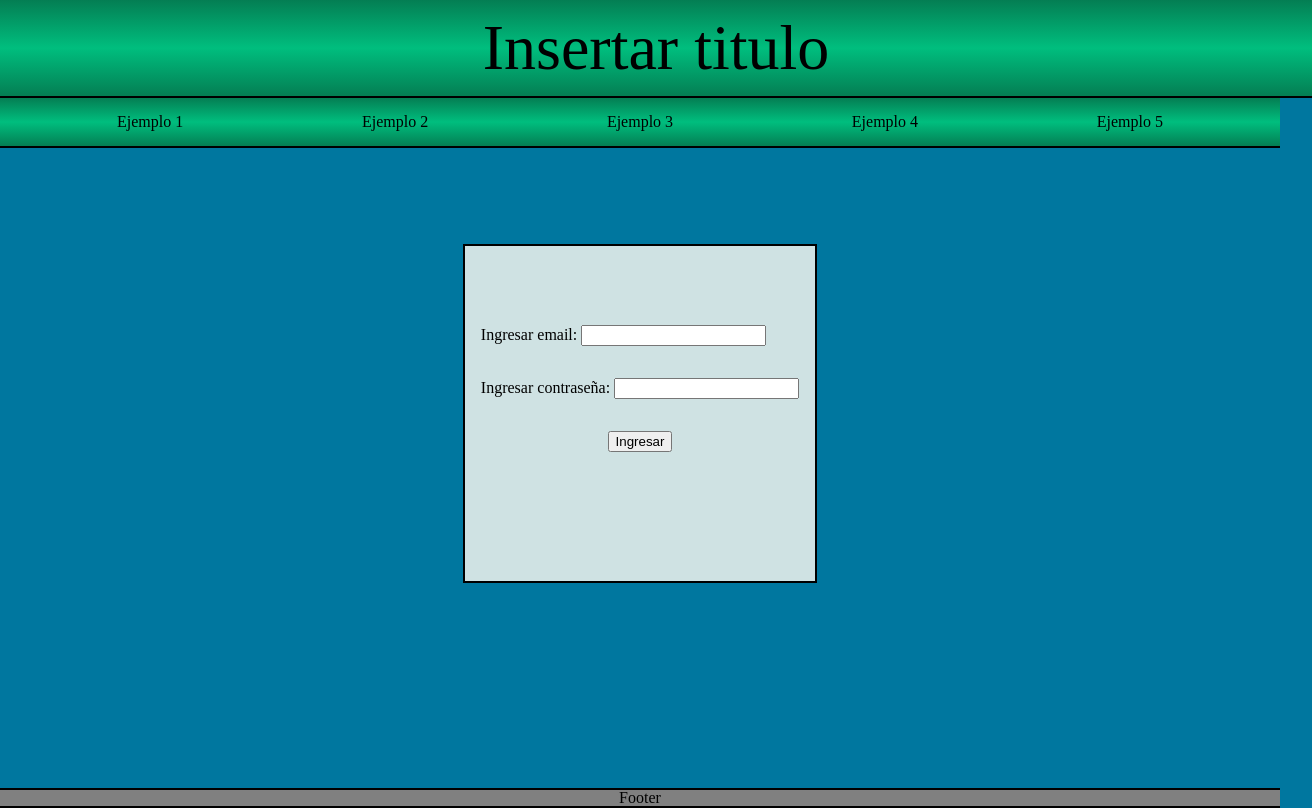
Repository: FacundoKinderknecht/Parcial-2-LPPA
Page: login/login.html
An editor plug-in stored every save of this project. The page is shown before and after the next save, followed by the edit.
The browser window is 1280 px wide. The page is 1312 px wide, so the pictures cover 1312 px, including what lies to the right of the window. The pictures show the whole page.

Above is the page before, as saved 2022-07-06 10:46:38.

After the next save:
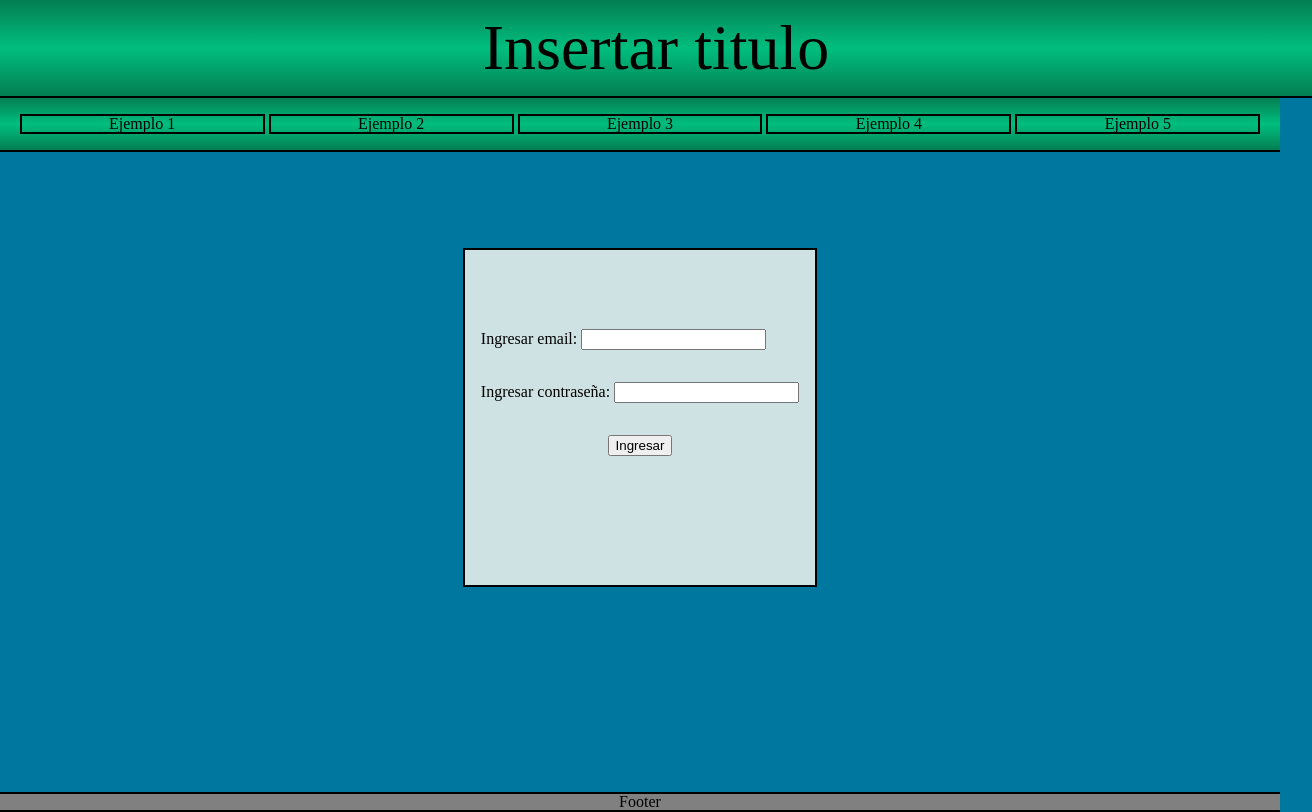
Saved 5 s later.
--- a/login/login.css
+++ b/login/login.css
@@ -22,7 +22,7 @@
     text-decoration: none;
     color: black;
     padding: 0% 7%;
-    border: 0px 2px solid black;
+    border: 2px solid black;
 }
 body{
     background-color: rgb(0, 119, 159);

After the save that followed:
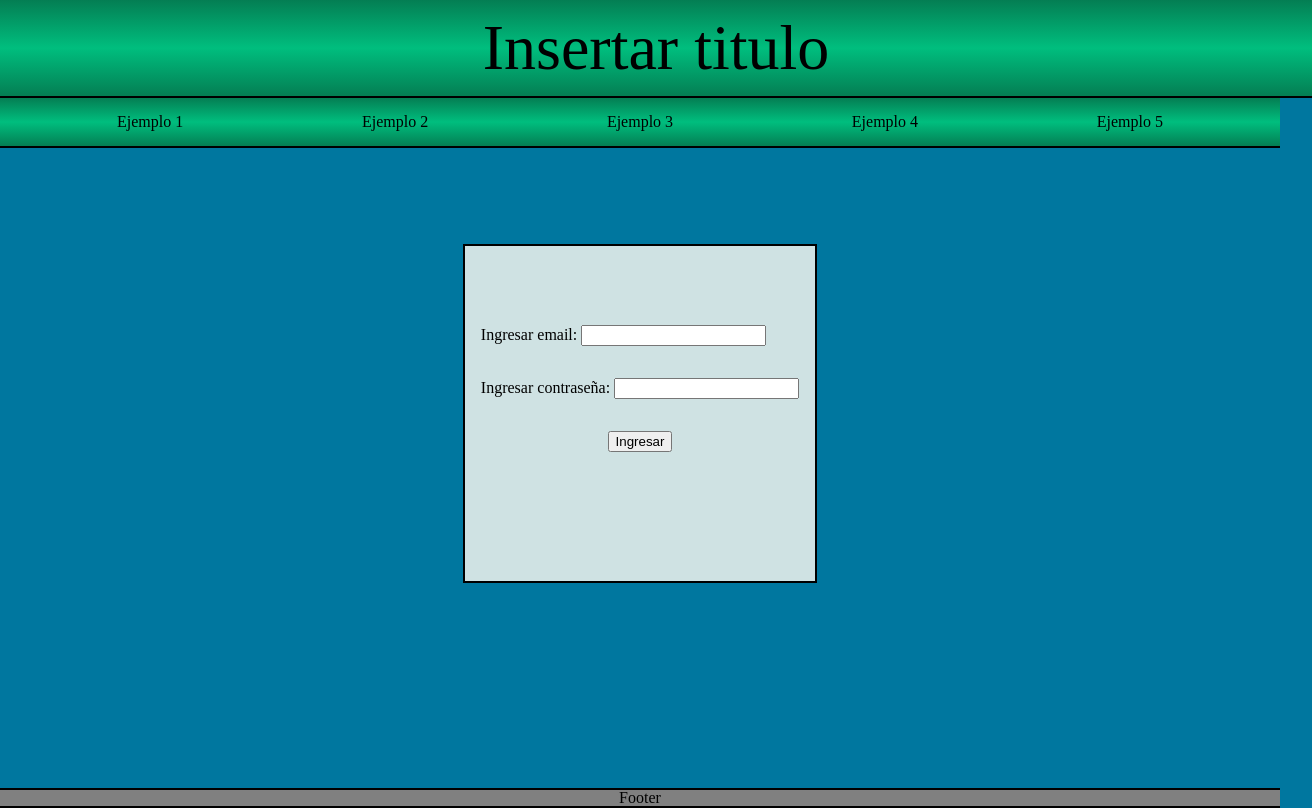
Saved 16 s later.
--- a/login/login.css
+++ b/login/login.css
@@ -22,7 +22,6 @@
     text-decoration: none;
     color: black;
     padding: 0% 7%;
-    border: 2px solid black;
 }
 body{
     background-color: rgb(0, 119, 159);
